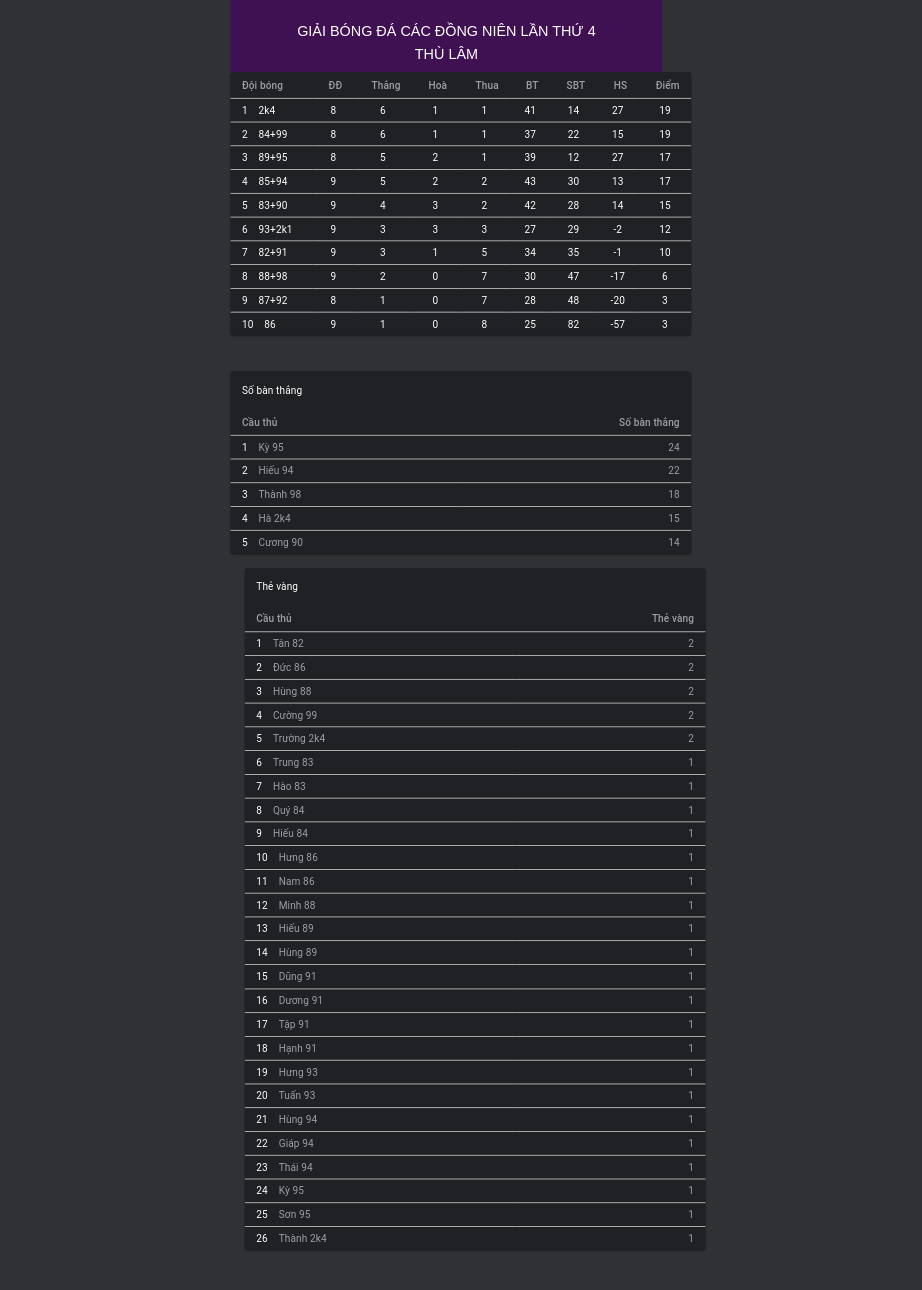
Repository: tuan842001/thulam
Page: /
The author's editor kept a copy of each file at every save. The page is drawn from the files as they stood at one save, then again after the next save.
The browser window is 1280 px wide. The pictures show the whole page, at 72% of full size.
The project was rebuilt for these pictures with package versions that can differ from the ones it lists, and the page was loaded fresh each time.

Above is the page before, as saved 2022-01-11 15:52:54.

### public/index.html
<!DOCTYPE html>
<html lang="en">
  <head>
    <meta charset="utf-8" />
    <link rel="icon" href="%PUBLIC_URL%/favicon.ico" />
    <meta name="viewport" content="width=device-width, initial-scale=1" />
    <meta name="theme-color" content="#000000" />
    <meta
      name="description"
      content="Web site created using create-react-app"
    />

    <link href="https://cdn.jsdelivr.net/npm/bootstrap@5.1.3/dist/css/bootstrap.min.css" rel="stylesheet" integrity="sha384-1BmE4kWBq78iYhFldvKuhfTAU6auU8tT94WrHftjDbrCEXSU1oBoqyl2QvZ6jIW3" crossorigin="anonymous">
<script src="https://cdn.jsdelivr.net/npm/bootstrap@5.1.3/dist/js/bootstrap.bundle.min.js" integrity="sha384-ka7Sk0Gln4gmtz2MlQnikT1wXgYsOg+OMhuP+IlRH9sENBO0LRn5q+8nbTov4+1p" crossorigin="anonymous"></script>
    <title>GIẢI BÓNG ĐÁ CÁC ĐỒNG NIÊN THÙ LÂM</title>
  </head>
  <body>
    <noscript>You need to enable JavaScript to run this app.</noscript>
    <div id="root"></div>

  </body>
</html>

### src/App.js
import "./App.css";
import { Header } from "./components/header/Header";
import Card from "./pages/card/Card";
import Statistical from "./pages/statistical/Statistical";
import UserList from "./pages/userList/UserList";

function App() {
  return (
    <div className="App" style={{ height: "102%" }}>
      <Header />
      <UserList />
      <Statistical />
      <Card />
    </div>
  );
}

export default App;

### src/App.css
body {
  margin: 0;
  font-family: 'Montserrat', sans-serif;
  background-color: #303134;
  display: flex;
  justify-content: center;
}

* {
  margin: 0;
}

@media screen and (max-width: 480px) {
  body {
    justify-content: normal;
  }
}

### src/components/header/Header.jsx
import * as React from "react";
import "./header.css";

export const Header = () => {
  return (
    <div className="header">
      <h4>GIẢI BÓNG ĐÁ CÁC ĐỒNG NIÊN LẦN THỨ 4</h4>
      <h3>THÙ LÂM</h3>
    </div>
  );
};

### src/pages/card/Card.jsx
import * as React from "react";
import Table from "@mui/material/Table";
import TableBody from "@mui/material/TableBody";
import TableCell from "@mui/material/TableCell";
import TableContainer from "@mui/material/TableContainer";
import TableHead from "@mui/material/TableHead";
import TableRow from "@mui/material/TableRow";
import Paper from "@mui/material/Paper";

function createData(order, name, goal) {
  return {
    order,
    name,
    goal,
  };
}

const rows = [
  createData(1, "Tân 82", 2),
  createData(2, "Đức 86", 2),
  createData(3, "Hùng 88", 2),
  createData(4, "Cường 99", 2),
  createData(5, "Trường 2k4", 2),
  createData(6, "Trung 83", 1),
  createData(7, "Hào 83", 1),
  createData(8, "Quý 84", 1),
  createData(9, "Hiếu 84", 1),
  createData(10, "Hưng 86", 1),
  createData(11, "Nam 86", 1),
  createData(12, "Minh 88", 1),
  createData(13, "Hiếu 89", 1),
  createData(14, "Hùng 89", 1),
  createData(15, "Dũng 91", 1),
  createData(16, "Dương 91", 1),
  createData(17, "Tập 91", 1),
  createData(18, "Hạnh 91", 1),
  createData(19, "Hưng 93", 1),
  createData(20, "Tuấn 93", 1),
  createData(21, "Hùng 94", 1),
  createData(22, "Giáp 94", 1),
  createData(23, "Thái 94", 1),
  createData(24, "Kỳ 95", 1),
  createData(25, "Sơn 95", 1),
  createData(26, "Thành 2k4", 1),
];

export default function Card() {
  return (
    <TableContainer
      component={Paper}
      style={{
        backgroundColor: "#202124",
        color: "#FFFF",
        margin: "20px",
        width: "100%",
      }}
    >
      <TableCell style={{ color: "#FFFF", borderBottom: "none" }} align="right">
        Thẻ vàng
      </TableCell>
      <Table sx={{ minWidth: 600 }} size="small" aria-label="a dense table">
        <TableHead>
          <TableRow>
            <TableCell style={{ color: "#9aa0a6" }}>Cầu thủ</TableCell>
            <TableCell style={{ color: "#9aa0a6" }} align="right">
              Thẻ vàng
            </TableCell>
          </TableRow>
        </TableHead>
        <TableBody>
          {rows.map((row) => (
            <TableRow
              key={row.name}
              sx={{ "&:last-child td, &:last-child th": { border: 0 } }}
            >
              <TableCell
                component="th"
                scope="row"
                style={{ color: "#9aa0a6" }}
              >
                <span
                  style={{
                    color: "#fff",
                    marginRight: "15px",
                    textAlign: "center",
                  }}
                  align="center"
                >
                  {row.order}
                </span>
                {row.name}
              </TableCell>
              <TableCell style={{ color: "#9aa0a6" }} align="right">
                {row.goal}
              </TableCell>
            </TableRow>
          ))}
        </TableBody>
      </Table>
    </TableContainer>
  );
}

### src/pages/statistical/Statistical.jsx
import * as React from "react";
import Table from "@mui/material/Table";
import TableBody from "@mui/material/TableBody";
import TableCell from "@mui/material/TableCell";
import TableContainer from "@mui/material/TableContainer";
import TableHead from "@mui/material/TableHead";
import TableRow from "@mui/material/TableRow";
import Paper from "@mui/material/Paper";

function createData(order, name, goal) {
  return {
    order,
    name,
    goal,
  };
}

const rows = [
  createData(1, "Kỳ 95", 24),
  createData(2, "Hiếu 94", 22),
  createData(3, "Thành 98", 18),
  createData(4, "Hà 2k4", 15),
  createData(5, "Cương 90", 14),
];

export default function Statistical() {
  return (
    <TableContainer
      component={Paper}
      style={{ backgroundColor: "#202124", color: "#FFFF", marginTop: "50px" }}
    >
      <TableCell style={{ color: "#FFFF", borderBottom: "none" }} align="right">
        Số bàn thắng
      </TableCell>
      <Table sx={{ minWidth: 600 }} size="small" aria-label="a dense table">
        <TableHead>
          <TableRow>
            <TableCell style={{ color: "#9aa0a6" }}>Cầu thủ</TableCell>
            <TableCell style={{ color: "#9aa0a6" }} align="right">
              Số bàn thắng
            </TableCell>
          </TableRow>
        </TableHead>
        <TableBody>
          {rows.map((row) => (
            <TableRow
              key={row.name}
              sx={{ "&:last-child td, &:last-child th": { border: 0 } }}
            >
              <TableCell
                component="th"
                scope="row"
                style={{ color: "#9aa0a6" }}
              >
                <span
                  style={{
                    color: "#FFFF",
                    marginRight: "15px",
                    textAlign: "center",
                  }}
                  align="center"
                >
                  {row.order}
                </span>
                {row.name}
              </TableCell>
              <TableCell style={{ color: "#9aa0a6" }} align="right">
                {row.goal}
              </TableCell>
            </TableRow>
          ))}
        </TableBody>
      </Table>
    </TableContainer>
  );
}

### src/pages/userList/UserList.jsx
import * as React from "react";
import Table from "@mui/material/Table";
import TableBody from "@mui/material/TableBody";
import TableCell from "@mui/material/TableCell";
import TableContainer from "@mui/material/TableContainer";
import TableHead from "@mui/material/TableHead";
import TableRow from "@mui/material/TableRow";
import Paper from "@mui/material/Paper";

function createData(
  order,
  name,
  fought,
  win,
  draw,
  lose,
  goal,
  goals,
  difference,
  protein
) {
  return {
    order,
    name,
    fought,
    win,
    draw,
    lose,
    goal,
    goals,
    difference,
    protein,
  };
}

const rows = [
  createData(1, "2k4", 8, 6, 1, 1, 41, 14, 27, 19),
  createData(2, "84+99", 8, 6, 1, 1, 37, 22, 15, 19),
  createData(3, "89+95", 8, 5, 2, 1, 39, 12, 27, 17),
  createData(4, "85+94", 9, 5, 2, 2, 43, 30, 13, 17),
  createData(5, "83+90", 9, 4, 3, 2, 42, 28, 14, 15),
  createData(6, "93+2k1", 9, 3, 3, 3, 27, 29, -2, 12),
  createData(7, "82+91", 9, 3, 1, 5, 34, 35, -1, 10),
  createData(8, "88+98", 9, 2, 0, 7, 30, 47, -17, 6),
  createData(9, "87+92", 8, 1, 0, 7, 28, 48, -20, 3),
  createData(10, "86", 9, 1, 0, 8, 25, 82, -57, 3),
];

export default function UserList() {
  return (
    <TableContainer
      component={Paper}
      style={{ backgroundColor: "#202124", color: "#FFFF" }}
    >
      <Table sx={{ minWidth: 600 }} size="small" aria-label="a dense table">
        <TableHead>
          <TableRow>
            <TableCell style={{ color: "#9aa0a6" }}>Đội bóng</TableCell>
            <TableCell style={{ color: "#9aa0a6" }} align="right">
              ĐĐ
            </TableCell>
            <TableCell style={{ color: "#9aa0a6" }} align="right">
              Thắng
            </TableCell>
            <TableCell style={{ color: "#9aa0a6" }} align="right">
              Hoà
            </TableCell>
            <TableCell style={{ color: "#9aa0a6" }} align="right">
              Thua
            </TableCell>
            <TableCell style={{ color: "#9aa0a6" }} align="right">
              BT
            </TableCell>
            <TableCell style={{ color: "#9aa0a6" }} align="right">
              SBT
            </TableCell>
            <TableCell style={{ color: "#9aa0a6" }} align="right">
              HS
            </TableCell>
            <TableCell style={{ color: "#9aa0a6" }} align="right">
              Điểm
            </TableCell>
          </TableRow>
        </TableHead>
        <TableBody>
          {rows.map((row) => (
            <TableRow
              key={row.name}
              sx={{ "&:last-child td, &:last-child th": { border: 0 } }}
            >
              <TableCell component="th" scope="row" style={{ color: "#FFFF" }}>
                <span
                  style={{
                    color: "#FFFF",
                    marginRight: "15px",
                    textAlign: "center",
                  }}
                  align="center"
                >
                  {row.order}
                </span>

                {row.name}
              </TableCell>
              <TableCell style={{ color: "#FFFF" }} align="center">
                {row.fought}
              </TableCell>
              <TableCell style={{ color: "#FFFF" }} align="center">
                {row.win}
              </TableCell>
              <TableCell style={{ color: "#FFFF" }} align="center">
                {row.draw}
              </TableCell>
              <TableCell style={{ color: "#FFFF" }} align="center">
                {row.lose}
              </TableCell>
              <TableCell style={{ color: "#FFFF" }} align="center">
                {row.goal}
              </TableCell>
              <TableCell style={{ color: "#FFFF" }} align="center">
                {row.goals}
              </TableCell>
              <TableCell style={{ color: "#FFFF" }} align="center">
                {row.difference}
              </TableCell>
              <TableCell style={{ color: "#FFFF" }} align="center">
                {row.protein}
              </TableCell>
            </TableRow>
          ))}
        </TableBody>
      </Table>
    </TableContainer>
  );
}

### src/components/header/header.css
.header {
    background: #3F1052;
    height: 100px;
    width: 600px;
    text-align: center;
    color: #fff;
    display: flex;
    align-content: center;
    flex-direction: column;
    justify-content: center;
    padding-top: 25px;
}

.header h4 {
    font-size: 20px;
}

.header h3 {
    font-size: 20px;
}

Loaded but not shown: src/index.js (common file)

After the next save:
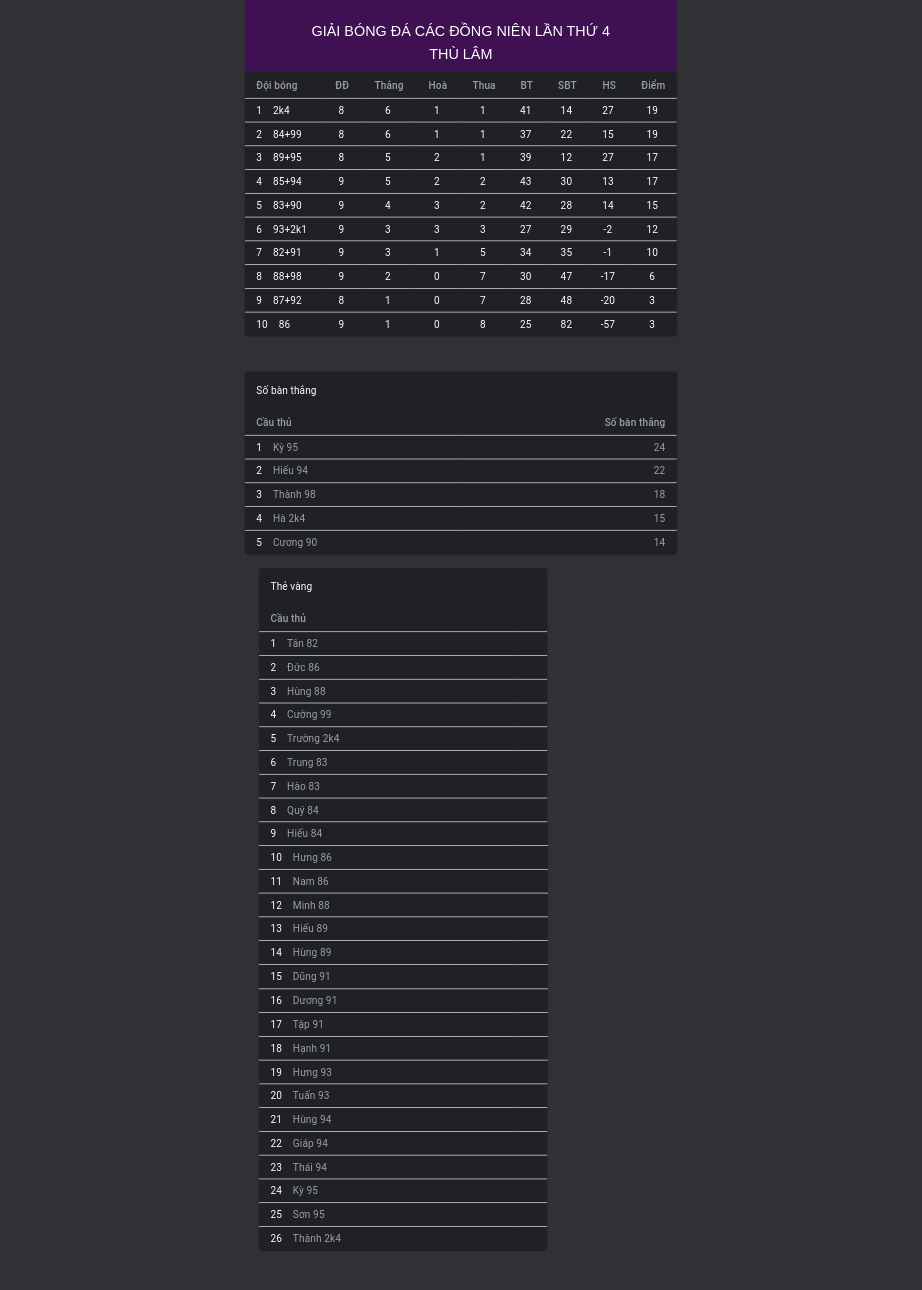
Saved 47 s later.
--- a/src/pages/card/Card.jsx
+++ b/src/pages/card/Card.jsx
@@ -52,7 +52,7 @@ export default function Card() {
         backgroundColor: "#202124",
         color: "#FFFF",
         margin: "20px",
-        width: "100%",
+        width: "400px",
       }}
     >
       <TableCell style={{ color: "#FFFF", borderBottom: "none" }} align="right">
